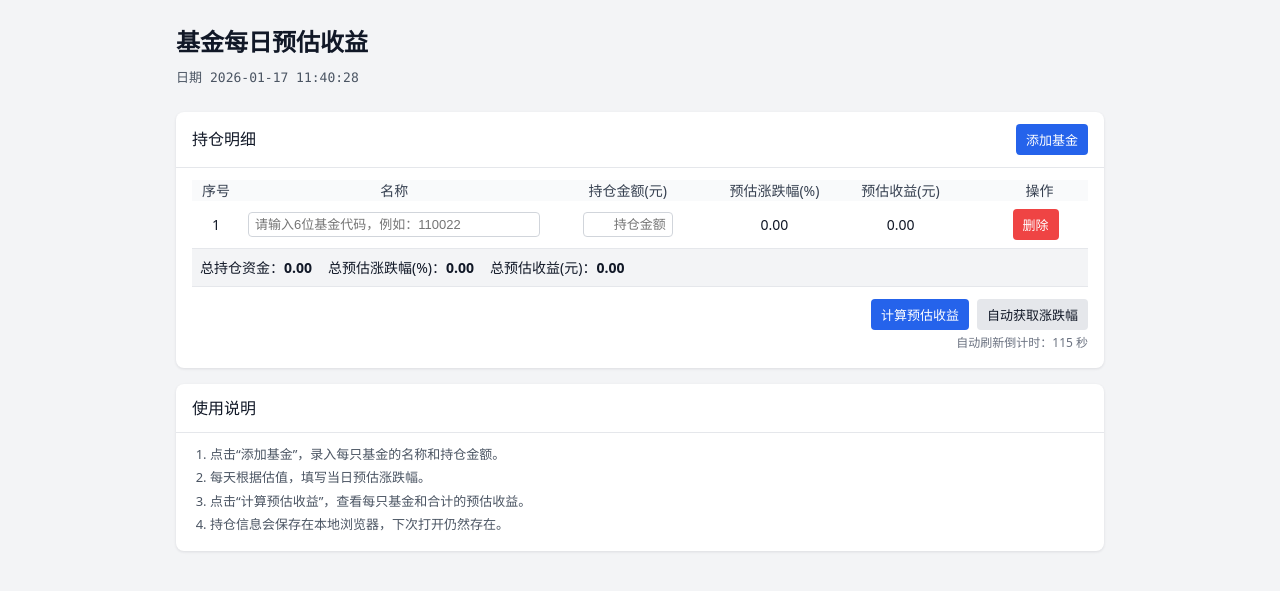
Repository: zt-boom/finance
Page: index.html
The author's editor kept a copy of each file at every save. The page is drawn from the files as they stood at one save, then again after the next save.
The browser window is 1280 px wide. The pictures show the whole page.

Above is the page before, as saved 2026-01-17 14:10:10.

After the next save:
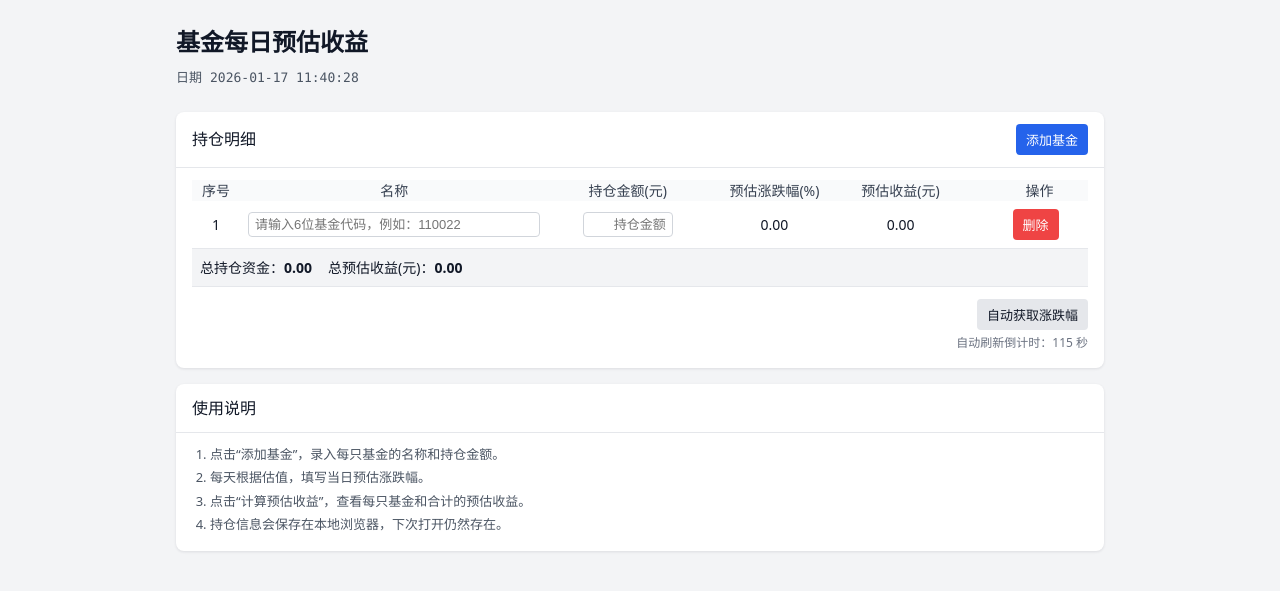
Saved 4 min 8 s later.
--- a/index.html
+++ b/index.html
@@ -41,7 +41,6 @@
 <div class="summary-items">
 <div class="summary-left">
 <span>总持仓资金：<strong id="total-amount">0.00</strong></span>
-<span>总预估涨跌幅(%)：<strong id="total-percent">0.00</strong></span>
 <span>总预估收益(元)：<strong id="total-profit">0.00</strong></span>
 </div>
 </div>
@@ -51,7 +50,6 @@
 </table>
 </div>
 <div class="actions-row">
-<button id="calculate-btn" class="primary-button">计算预估收益</button>
 <button id="fetch-percent-btn" class="secondary-button">自动获取涨跌幅</button>
 </div>
 <div class="auto-refresh-info">
